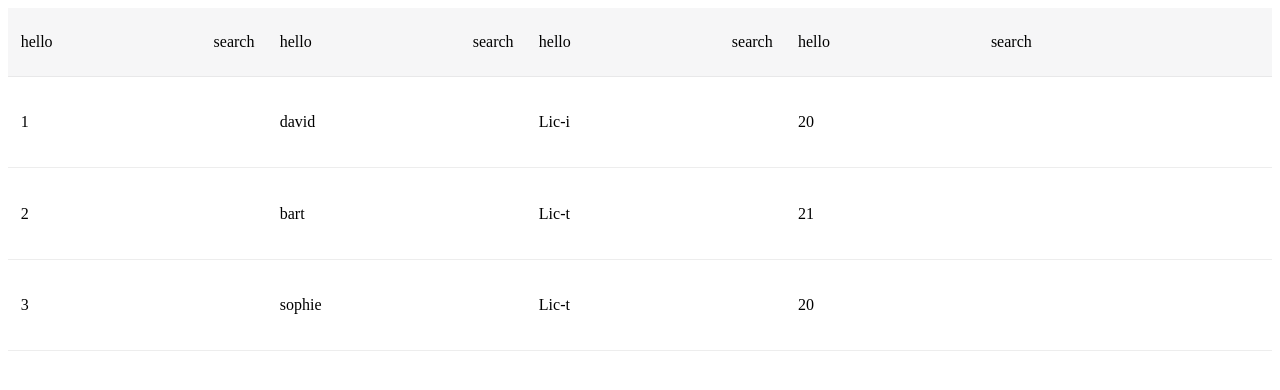
Repository: mrDav90/simple-htmlTable-generator
Page: index.html
These files come from the project's save history. The page is drawn as it stood at one moment and after the next save; the edit follows.
The browser window is 1280 px wide. The pictures show the whole page.

Above is the page before, as saved 2022-08-09 17:41:37.

After the next save:
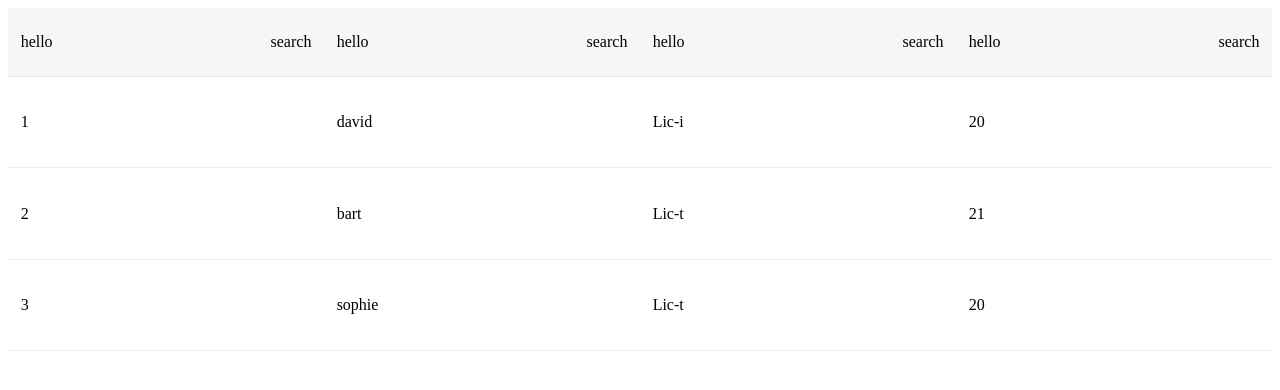
Saved 22 s later.
--- a/index.html
+++ b/index.html
@@ -142,7 +142,7 @@
 
             ninjavidTable({
                 data : theData ,
-                tableOptions : true
+                tableOptions : false
             });
 
 

After the 3 saves that followed:
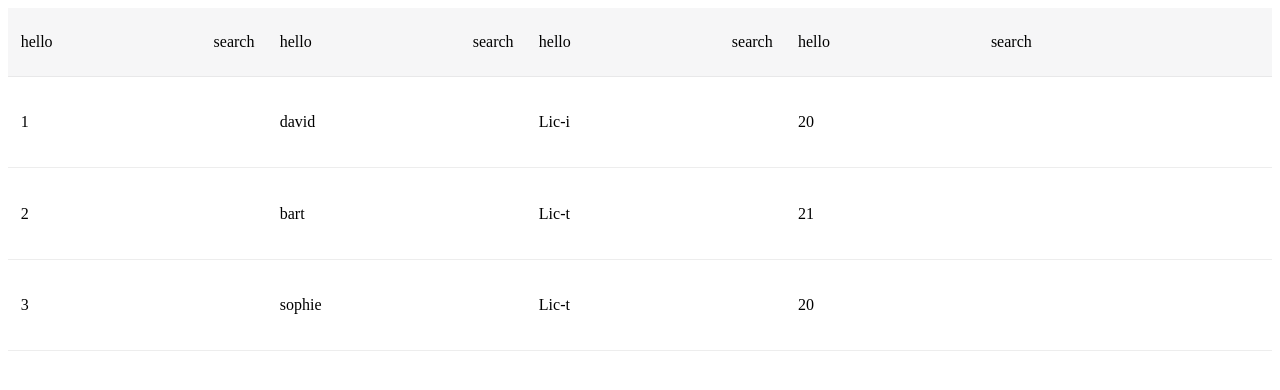
The 3 saves are shown as one change because 2 left the picture as it was.
The last was saved 44 s later.
--- a/index.html
+++ b/index.html
@@ -142,7 +142,7 @@
 
             ninjavidTable({
                 data : theData ,
-                tableOptions : false
+                tableOptions : true
             });
 
 
